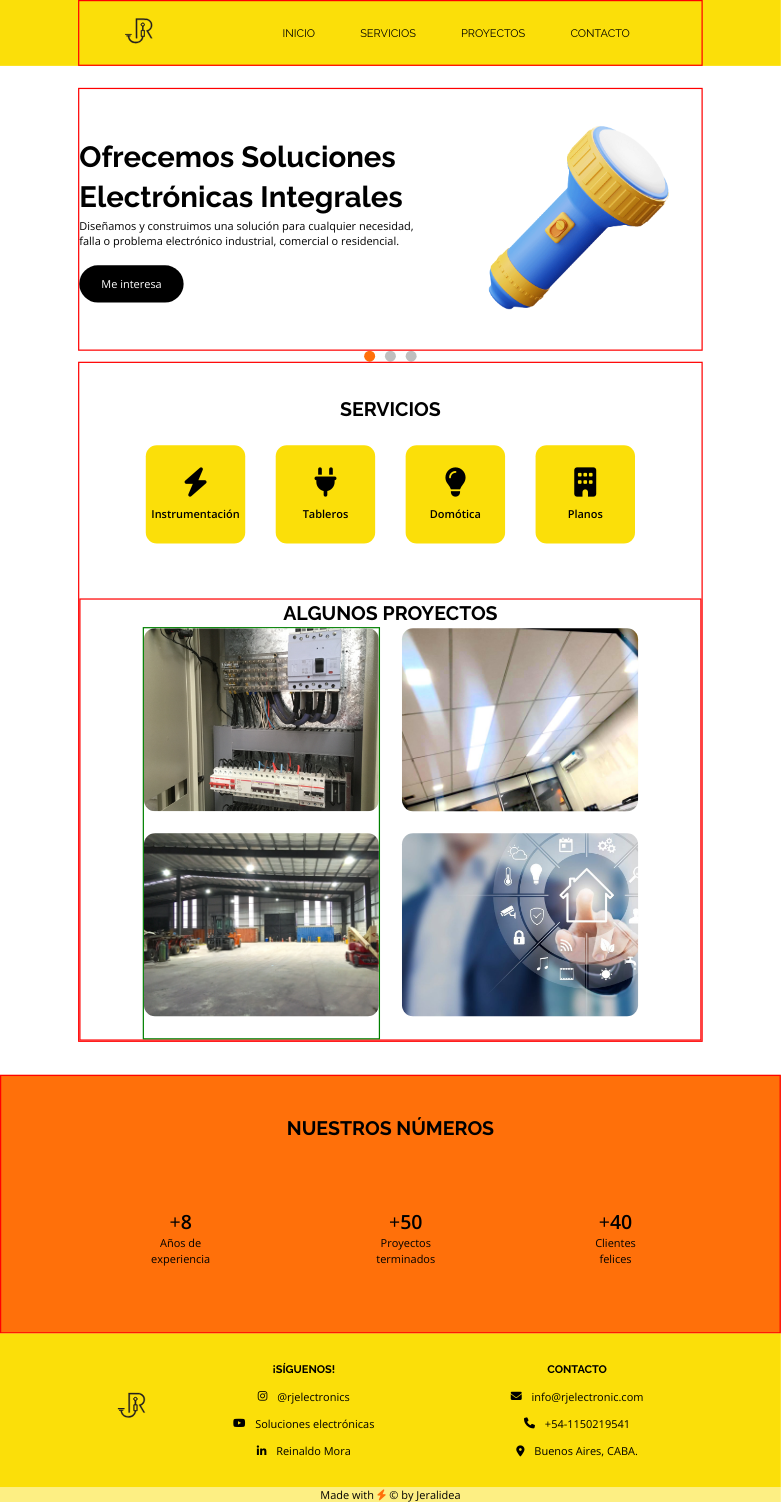
Repository: jeraldinnemg/rjelectronics
Page: index.html
These files come from the project's save history. The page is drawn as it stood at one moment and after the next save; the edit follows.
The browser window is 1280 px wide. The pictures show the whole page, at 61% of full size.
Some web libraries are served in a nearby version.

Above is the page before, as saved 2022-08-04 18:16:08.

### index.html
<!DOCTYPE html>
<html lang="en">
<head>
    <meta charset="UTF-8">
    <meta http-equiv="X-UA-Compatible" content="IE=edge">
    <meta name="viewport" content="width=device-width, initial-scale=1.0">
    <link rel="shortcut icon" href="img/favicon.png" type="image/x-icon">
    <!-- Google fonts -->
    <link rel="preconnect" href="https://fonts.googleapis.com">
    <link rel="preconnect" href="https://fonts.gstatic.com" crossorigin>
<link href="https://fonts.googleapis.com/css2?family=Open+Sans:wght@300;400;500;600&family=Raleway:wght@300;400;500;600;700;800&display=swap" rel="stylesheet">
<link rel="stylesheet" href="https://cdnjs.cloudflare.com/ajax/libs/font-awesome/6.1.1/css/all.min.css" integrity="sha512-KfkfwYDsLkIlwQp6LFnl8zNdLGxu9YAA1QvwINks4PhcElQSvqcyVLLD9aMhXd13uQjoXtEKNosOWaZqXgel0g==" crossorigin="anonymous" referrerpolicy="no-referrer" />
    <!-- Custom system -->
    <link rel="stylesheet" href="index.css">
    <script src="https://kit.fontawesome.com/05b8218d7f.js" crossorigin="anonymous"></script>


    <script src="navigation.js" defer></script>
    <script src="tabs.js" defer></script>
    <script src="counter.js" defer></script>

    <title>RJ Electronics</title>
</head>
<body>

    <!-- <link rel="stylesheet" href="https://maxcdn.bootstrapcdn.com/font-awesome/4.5.0/css/font-awesome.min.css">
    <a href="https://api.whatsapp.com/send?phone=541150219541&text=Hola%20RJelectronics%20tengo%20una%20consulta" class="float" target="_blank">
    <i class="fa fa-whatsapp my-float"></i>
    </a> -->

    <header class="primary-header">
        <div class="container row" style="border: 2px solid red">
            <a href="#">
                <img class="logo" width="50px" height="50px"src="img/logo.svg" alt="logo">
            </a>
            <button class="mobile-nav-toggle" aria-controls="primary-navigation"><span class="sr-only" aria-expanded="false">Menu</span></button>
            <nav>
                <ul class="primary-navigation flex" data-visible="false">
                    <li><a href="#inicio" class="uppercase text-dark ff-serif">Inicio</a></li>
                    <li><a href="#services" class="uppercase text-dark ff-serif">Servicios</a></li>
                    <li><a href="#projects" class="uppercase text-dark ff-serif">Proyectos</a></li>
                    <li><a href="#contact" class="uppercase text-dark ff-serif">Contacto</a></li>
                </ul>
            </nav>
        </div>
    </header>

    <section class="hero" id="inicio" >
        <div class="container row" style="border: 2px solid red">
            <!-- CTA-1 -->
            <article class="a-self" id="lampara-tab" role="tabpanel" tabindex="0">
                <h1 class="ff-serif fs-700">Ofrecemos Soluciones Electrónicas Integrales</h1>
                <p class="ff-sans fs-400">Diseñamos y construimos una solución para cualquier necesidad, falla o problema electrónico industrial, comercial o residencial.</p>
                <a href="https://api.whatsapp.com/send?phone=541150219541&text=Hola%20RJelectronics%20tengo%20una%20consulta" class="button" target="_blank"><span>Me interesa</span></a>
            </article>
            <!-- CTA-2 -->
            <article hidden class="a-self" id="destornillador-tab" role="tabpanel" tabindex="0">
                <h2 class="ff-serif fs-700">Creamos espacios luminosos a tu medida</h2>
                <p class="ff-sans fs-400">Nos encargamos de calcular los lumens necesarios para que obtengas un espacio con luz de calidad.</p>
                <a href="https://api.whatsapp.com/send?phone=541150219541&text=Hola%20RJelectronics%20tengo%20una%20consulta" class="button" target="_blank"><span>Ver más</span></a>
            </article>
            <!-- CTA-3 -->
            <article hidden class="a-self" id="interruptor-tab" role="tabpanel" tabindex="0">
                <h2 class="ff-serif fs-700">Creamos ambientes inteligentes</h2>
                <p class="ff-sans fs-400">Nos encargamos de automatizar espacios y lugares de manera fácil y rápida.</p>
                <a href="https://api.whatsapp.com/send?phone=541150219541&text=Hola%20RJelectronics%20tengo%20una%20consulta" class="button" target="_blank"><span>Me interesa</span></a>
            </article>
            <picture class= "hero__image" id="lampara-image">
                <img src="img/lampara.png" alt="lampara" >
            </picture>
            <picture class= "hero__image" hidden id="destornillador-image">
                <img src="img/destornillador.png" alt="destornillador">
            </picture>
            <picture class= "hero__image" hidden id="interruptor-image">
                <img src="img/interruptor.png" alt="interruptor">
            </picture>
        </div>
        <!-- Dots -->
       <div class="dot-indicators flex" role="tablist" aria-label="services list">
            <button aria-selected="true" aria-controls="lampara-tab" data-image="lampara-image" role="tab" tabindex="0"><span class="sr-only">Lampara</span></button>
            <button aria-selected="false" aria-controls="destornillador-tab" data-image="destornillador-image" role="tab" tabindex="-1"><span class="sr-only">destornillador</span></button>
            <button aria-selected="false" aria-controls="interruptor-tab" data-image="interruptor-image" role="tab" tabindex="-1"><span class="sr-only">Interruptor</span></button>
        </div>
    </section>
    <main class="container" style="border: 2px solid red">
        <section class="services" id="services">
            <h2 class="ff-serif fs-600 uppercase">Servicios</h2>
            <div class="container row">
                <article class="card flex">
                    <i class="fa-solid fa-bolt fs-700"></i>
                    <div class="card-body">
                        <h2 class="card-title fs-400">Instrumentación</h2>
                    </div>
                </article>
                <article class="card flex">
                    <i class="fa-solid fa-plug fs-700 "></i>
                    <div class="card-body">
                        <h2 class="card-title fs-400">Tableros</h2>

                    </div>
                </article>
                <article class="card flex">
                    <i class="fa-solid fa-lightbulb fs-700"></i>
                    <div class="card-body">
                        <h2 class="card-title fs-400">Domótica</h2>

                    </div>
                </article>
                <article class="card flex">
                    <i class="fa-solid fa-building  fs-700"></i>
                    <div class="card-body">
                        <h2 class="card-title fs-400">Planos</h2>

                    </div>
                </article>
        </div>
        </section>
        <section class="projects" id="projects" style="border: 2px solid red">
            <h2 class="ff-serif fs-600 uppercase">Algunos Proyectos</h2>
            <div class="container row">
            <div class="container  projects-container" style="border: 2px solid green">
                <article class="project" style="background-image: url('img/servicio-electricidad.JPG')">
                    <div class="project-overlay">
                    <h2 class="overlay-text fs-500 uppercase" >Tablero eléctrico</h2>
                    </div>
                </article>
                <article class="project" style="background-image: url('img/trabajos-iluminacion-galpon.JPG')">
                    <div class="project-overlay">
                        <h2 class="overlay-text fs-500 uppercase">Iluminación industrial</h2>
                    </div>
                </article>
            </div>
            <div class="container projects-container">
                <article class="project" style="background-image: url('img/iluminacion-oficinas.jpeg') ">
                    <div class="project-overlay">
                        <h2 class="overlay-text fs-500 uppercase">Iluminación de oficina</h2>
                    </div>
                </article>
                <article class="project" style="background-image: url('img/servicios-domotica.jpg') ">
                    <div class="project-overlay">
                        <h2 class="overlay-text fs-500 uppercase">Domótica en casa</h2>
                    </div>
                </article>
            </div>
            </div>
        </div>
        </section>
    </main>

   <section class="statics" style="border: 2px solid red">
        <h2 class="ff-serif fs-600 uppercase">Nuestros números</h2>
        <div class="container row" >
            <div class="container static">
                <span class="character fs-600">+</span><span class="counter character fs-600 fw-600 hide" data-target="8"></span>
                <p class="fs-400">Años de experiencia</p>
            </div>
            <div class="container static">
                <span class="character fs-600">+</span><span class="counter character fs-600 fw-600 hide" data-target="50"></span>
                <p class="fs-400">Proyectos terminados</p>
            </div>
            <div class="static">
                <span class="character fs-600">+</span><span class="counter character fs-600 fw-600 hide" data-target="40"></span>
                <p class="fs-400">Clientes felices</p>
            </div>
    </div>
    </section>

    <footer id="contact">
        <div class="container row">
        <a href="#">
            <img class="logo" width="50px" height="50px"src="img/logo.svg" alt="logo">
        </a>
        <div class="container contact">
            <h3 class="ff-serif fs-400 uppercase">¡Síguenos!</h3>
            <div class="flex a-item j-content"><i class="fa-brands fa-instagram"></i><a href="https://www.instagram.com/" class="text-dark  fs-400 ff-sans fw-200"  target="_blank">@rjelectronics</a></div>
            <div class="flex a-item j-content"><i class="fa-brands fa-youtube"></i><a href="https://www.youtube.com/" class="text-dark fs-400 ff-sans fw-200"  target="_blank">Soluciones electrónicas</a></div>
            <div class="flex a-item j-content"><i class="fa-brands fa-linkedin-in"></i><a href="https://www.linkedin.com/in/ingreinaldomora/" class="text-dark fs-400 ff-sans fw-200" target="_blank" >Reinaldo Mora</a></div>
        </div>
        <div class="container contact">
            <h3 class="ff-serif fs-400 uppercase" >Contacto</h3>
            <div class="flex a-item j-content"><i class="fa-solid fa-envelope"></i><p class="fs-400 ff-sans fw-200">info@rjelectronic.com</p></div>
            <div class="flex a-item j-content"><i class="fa-solid fa-phone"></i><p class="fs-400 ff-sans">+54-1150219541</p></div>
            <div class="flex a-item j-content"><i class="fa-solid fa-location-dot"></i><p class="fs-400 ff-sans">Buenos Aires, CABA.</p></div>
        </div>
    </div>
    </footer>

    <div class="copyright">Made with <i class="fa-solid fa-bolt"></i> © by Jeralidea</div>

</body>
</html>

### index.css
/* ----------------------- */
/* --Custom properties---- */
/* ----------------------- */

:root {
   /*colors*/
   --clr-dark: 0 0% 0%;
   --clr-main: 53 97% 51%;
   --clr-secondary: 25 100% 52%;
   --clr-white: 0 0% 100%;

/*font-sizes*/
--fs-1100: 9.375rem; /*150x*/
--fs-1000: 6.25rem; /*100px*/
--fs-900: 4.5rem; /*72px*/
--fs-800: 3.5rem; /*56px*/
--fs-700: 3rem; /*48px*/
--fs-600: 2rem; /*32px*/
--fs-500: 1.75rem; /*28px*/
--fs-400: 1.125rem; /*18px*/
--fs-300: 1rem; /*16px*/
--fs-200: 0.875rem; /*14px*/

/*font-family*/
--ff-serif: "Raleway", serif;
--ff-sans: "Open sans", sans-serif;


}

.uppercase {
    text-transform: uppercase;
}

/* -------------- */
/* -----RESET---- */
/* -------------- */

*,
*::before,
*::after {
    box-sizing: border-box;
}

/* Reset margins */
h1,
h2,
h3,
h4,
h5,
body,
p,
picture,
figure {
    margin:0;
}

/* Set up the body  */

html{
    height: -webkit-fill-available;
    scroll-behavior: smooth;
}

body {
    font-family: var(--ff-sans);
    font-size: var(--fs-400);
    color:hsl(var(--clr-dark));
    height: 100vh;
    line-height: 1.4;
    min-height: 100vh;

    display: grid;
    grid-template-rows: min-content 1fr;

    overflow-x:hidden;
}

/* Make images easier to work */
img,
picture {
    max-width: 100%;
}

/* Make form elements easier to work*/
input,
select,
button,
textarea {
    font: inherit;
}

/* Remove all animations, transitions and smooth scroll for people that prefer not to see them (Accesibility Recourse piccali.li*/
@media (prefers-reduced-motion: reduce) {
    html:focus-within {
     scroll-behavior: auto;
    }

    *,
    *::before,
    *::after {
      animation-duration: 0.01ms !important;
      animation-iteration-count: 1 !important;
      transition-duration: 0.01ms !important;
      scroll-behavior: auto !important;
    }
  }

/* ------------------ */
/* -UTILITY CLASES-- */
/* ----------------- */

.flex {
    display: flex;
    gap: var(--gap, 1rem);

}

.grid {
    display: grid;
    gap: var(--gap, 1rem);
}

.a-self{
    align-self: center;
}

.a-item{
    align-items: center;
}

.j-content{
    justify-content: center;
}


.container {
    width: 80%;
    max-width: 1200px;
    margin:0 auto;
}

.col {
    width:100%
}

header {
    background-color: var(--clr-dark);
    text-align: center;
}

header >div{
    display: flex;
}

.logo{
    margin: 1.5rem 0;
}

.nav {
    width: 100%;
}

.dot-indicators{
    justify-content: center;
}

.hero{
    margin-top: 2em;
}


.sr-only {
    position: absolute;
    width: 1px;
    height: 1px;
    padding: 0;
    margin: -1px;
    overflow: hidden;
    border: 0;
}

/*Colors */

.bg-dark { background-color: hsl(var(--clr-dark));}
.bg-yellow {background-color: hsl(var(--clr-yellow));}
.bg-white { background-color: hsl(var(--clr-white));}

.text-dark { color: hsl(var(--clr-dark));}
.text-dark { color: hsl(var(--clr-dark));}
.text-dark { color: hsl(var(--clr-dark));}

/*Typography */

.ff-serif {font-family: var(--ff-serif);}
.ff-sans {font-family: var(--ff-sans);}

.letter-spacing-1  {letter-spacing: 4.75px;}
.letter-spacing-2  {letter-spacing: 2.7px;}
.letter-spacing-1  {letter-spacing: 2.35px;}

.fs-900 {font-size: var(--fs-900);}
.fs-800 {font-size: var(--fs-800);}
.fs-700 {font-size: var(--fs-700);}
.fs-600 {font-size: var(--fs-600);}
.fs-500 {font-size: var(--fs-500);}
.fs-400 {font-size: var(--fs-400);}
.fs-300 {font-size: var(--fs-300);}
.fs-200 {font-size: var(--fs-200);}

.fw-400 {font-weight: 400;}
.fw-500 {font-weight: 500;}
.fw-600 {font-weight: 600;}

/* General */

.flex {
    display: flex;
    gap: var(--gap, 1rem);
}

.flex.even-columns > * {
    width: 100%;
}

.grid {
    display: grid;
    gap: var(--gap, 1rem);
}

.d-block {
    display: block;
}



/* ----------------- */
/* ---COMPONENT----- */
/* ----------------- */

/* Primary header */

.logo{
    margin: 1.5rem clamp(1.5rem, 5vw, 4rem);
}

.primary-header{
    align-items:center;
    justify-content: space-between;
    background-color: hsl(var(--clr-main));
}


.primary-navigation{
    --gap: clamp(1.5rem, 5vw, 3.5rem);
    list-style: none;
    text-decoration: none;
    padding: 0;
    margin:0;
}

.primary-navigation a{
    text-decoration: none;
    margin-right: 1em;
}

.mobile-nav-toggle{
    display: none;
}

@media(max-width:35em){
    .primary-navigation{
        --underline-gap: 0.5rem;
        position: fixed;
        inset: 0 0 0 20%;
        z-index:1000;
        padding: min(20rem, 15vh);
        margin:0;
        z-index:1000;
        list-style: none;
        flex-direction: column;
        background-color: hsl(var(--clr-main));
        transform: translateX(100%);
        transition: transform ease-in-out;

    }

    .primary-navigation[data-visible='true']{
        transform: translateX(0);
    }

    .mobile-nav-toggle {
        display: block;
        position: absolute;
        z-index:2000;
        right: 3rem;
        top: 2rem;
        background: transparent;
        background-image: url(img/icon-hamburger.svg);
        background-repeat:no-repeat;
        background-position: center;
        width: 1.5rem;
        aspect-ratio:1;
        border: 0;
        cursor: pointer;
    }

    .mobile-nav-toggle[aria-expanded='true']{
        background-image: url(img/icon-close.svg);
    }

    .mobile-nav-toggle:focus-visible{
        outline:5px solid white;
        outline-offset: 5px;
    }

    .contact >div{
        text-align: center;
    }
}

@media (min-width: 35em){
    .primary-navigation, .contact{
        padding-inline: clamp(3rem, 7vw, 7rem);
    }

}

@media(min-width: 45em){
    .primary-navigation{
        margin-block:2rem;
    }
}


/* ---------- */
/* --BUTTON-- */
/* --------- */

 .button {
    display: inline-flex;
	background: hsl(var(--clr-dark));
    padding: 1em 2em;
    border-radius: 2em;
    color: hsl(var(--clr-white));
	position: relative;
    text-decoration: none;
    transition: 0.3s ease all;
	position:relative;
	overflow:hidden;
    margin-top: 1.5em;
}

.button span {
	position:relative;
	z-index:2;
	transition: 0.3s ease all;
}

.button::after {
	content: "";
	width: 100%;
	height:100%;
	background: hsl(var(--clr-secondary));
	position: absolute;
	z-index: 1;
	top: -80px;
	left: 0;
	transition: 0.3s ease-in-out all;
}

.button:hover::after{
	top:0;
	}

/* ---------- */
/* -- DOTS -- */
/* ---------- */

.dot-indicators > * {
        cursor: pointer;
        border: 0;
        border-radius: 50%;
        padding: .5em;
        background-color: hsl(var(--clr-dark)/ .25) ;
 }

.dot-indicators > *:hover,
.dot-indicators > *:focus {
        background-color: hsl(var(--clr-secondary)/ .5);
    }

.dot-indicators > [aria-selected="true"] {
        background-color: hsl( var(--clr-secondary) / 1);
    }

/* ---------- */
/* Card     */
/* --------- */
.card{
    background-color: hsl( var(--clr-main));
    flex-direction: column;
    align-items: center;
    padding: 2em 4em;
    margin: 2em 0em;
    border-radius: 1em;
}

i:hover{
    color: hsl( var(--clr-secondary));
}

.services, .projects, .statics{
    text-align: center;
    margin-top: 3em;
}

/* -------------------------*/
/* -------PROJECTS -------- */
/* -------------------------*/

.projects-container >article{
    position: relative;
    min-height: 300px;
    background-size: cover;
    background-repeat: no-repeat;
    background-position: center center;
    border-radius: 1em;
    margin-bottom: 2em;
}

.projects .project .project-overlay{
    width: 0%;
	height: 100%;
	position: absolute;
	bottom: 0;
	left: 0;
	right: 0;
	background: hsl( var(--clr-main));
	overflow: hidden;
    border-radius: 1em;
	transition: .5s ease;
}

.projects .project:hover .project-overlay {
    width: 100%;
    opacity: 0.8;
}

.overlay-text {
	top: 50%;
	left: 50%;

	position: absolute;
	white-space: nowrap;
	color: hsl(var(--clr-dark));
	transform: translate(-50%, -50%);
	overflow: hidden;
	border-top: 1px solid #fff;
	border-bottom: 1px solid #fff;
}

/* -------------------------*/
/* -------STATICS --------- */
/* -------------------------*/

.statics {
    background-color: hsl( var(--clr-secondary));

}

.statics >h2{
    margin-top: 2em;
}

.static{
    padding: 2em 4em;
    margin: 4em 2em;
}

.character {
    color: hsl( var(--clr-dark));
}

/* -------------------------*/
/* -------FOOTER ---------- */
/* -------------------------*/

footer{
    background-color: hsl( var(--clr-main));
    color: hsl( var(--clr-dark));
    padding: 2em 0em;
    text-align: center;
    line-height: 2.5em;

    flex-direction: column;
    align-items:center;
    justify-content: space-between;
}

.copyright {
    text-align: center;
    background-color: hsl( var(--clr-main)/0.5);
}

.copyright i {
    color: hsl( var(--clr-secondary));
}

footer a {
    text-decoration: none;
    list-style: none;
}

/* -------------------------*/
/* -------Whataspp--------- */
/* -------------------------*/

.float{
	position:fixed;
	width:60px;
	height:60px;
	bottom:40px;
	right:40px;
	background-color:#25d366;
	color:#FFF;
	border-radius:50px;
	text-align:center;
  font-size:30px;
	box-shadow: 2px 2px 3px #999;
  z-index:100;
}

.float:hover {
	text-decoration: none;
	color: #25d366;
  background-color:#fff;
}

.my-float{
	margin-top:16px;
}

/* -------------------------*/
/* -------COUNTER----------- */
/* -------------------------*/

@keyframes show {
    0% {
        opacity: 0.5;
        transform: translateY(100px);
    }
    100% {
        opacity: 1;
        transform: translateY(0);
    }
}

.hide {
    opacity: 0%;
}

.animate{
    animation: show 1.3s;
}

/* -------------------------*/
/* -------LAYOUT----------- */
/* -------------------------*/

.grid-container {
    display: grid;
    text-align: center;
    place-items:center;
    padding-inline: 1rem;
}

@media (min-width: 35em){

}

@media (min-width: 45em){
    .row {
        display: flex;
        align-items: center;
        justify-content: space-around;
    }

    .grid-container {
        text-align: left;
        column-gap: var(--container-gap, 2rem);
        grid-template-columns: minmax(1rem, 1fr)
        repeat (2, minmax((0, 30rem)) minmax(1rem, 1fr));
    }

    .container {
        flex-direction: row;
        gap: 2em;
    }

    .hero__image{
        max-width: 40%;
    }

    .card {
        max-width: 20%;
    }

    .projects-container article:last-child {
        margin-top: 2em;
     }



    footer{
        flex-direction: row;
        justify-content: space-between;
        align-items: center;
    }

}

### navigation.js
// javascript

const nav = document.querySelector(".primary-navigation");
const navToggle = document.querySelector('.mobile-nav-toggle');


// when someone clicks the hamburguer button

navToggle.addEventListener('click', () => {

// if the nav is closed, open it

    const visibility = nav.getAttribute("data-visible");

    if (visibility === 'false') {
        nav.setAttribute('data-visible', true);
        navToggle.setAttribute('aria-expanded', true);
    } else {
        nav.setAttribute('data-visible', false);
        navToggle.setAttribute('aria-expanded', false);

    }
});

### counter.js
const counters = document.querySelectorAll('.counter')

counters.forEach(counter => {
    counter.innerText='0';

    const updateCounter = () => {

        // Create const
        const target = +counter.getAttribute('data-target')


         const c = +counter.innerText

         const increment = target / 300;

         if (c < target) {
             counter.innerText = `${Math.ceil(c+increment)}`
             setTimeout(updateCounter,100)
         } else {
             counter.innerText = target
         }
         // verify target function console.log(typeof target, target)
         //console.log(increment)
    }

    updateCounter()

    const showCounter= elements =>{
        elements.forEach(e => {
            if(e.isIntersecting){
                e.target.classList.add('animate')
                e.target.classList.remove('hide')
                setTimeout(updateCounter, 500)
            }
        });
    }

    const observer = new IntersectionObserver(showCounter, {
        threshold:.7 // 0-1
    })

    const elementsHTML = document.querySelectorAll('.counter');
    elementsHTML.forEach(elementHTML =>{
        observer.observe(elementHTML)
    })

})

Loaded but not shown: tabs.js (74 lines, source omitted)

After the next save:
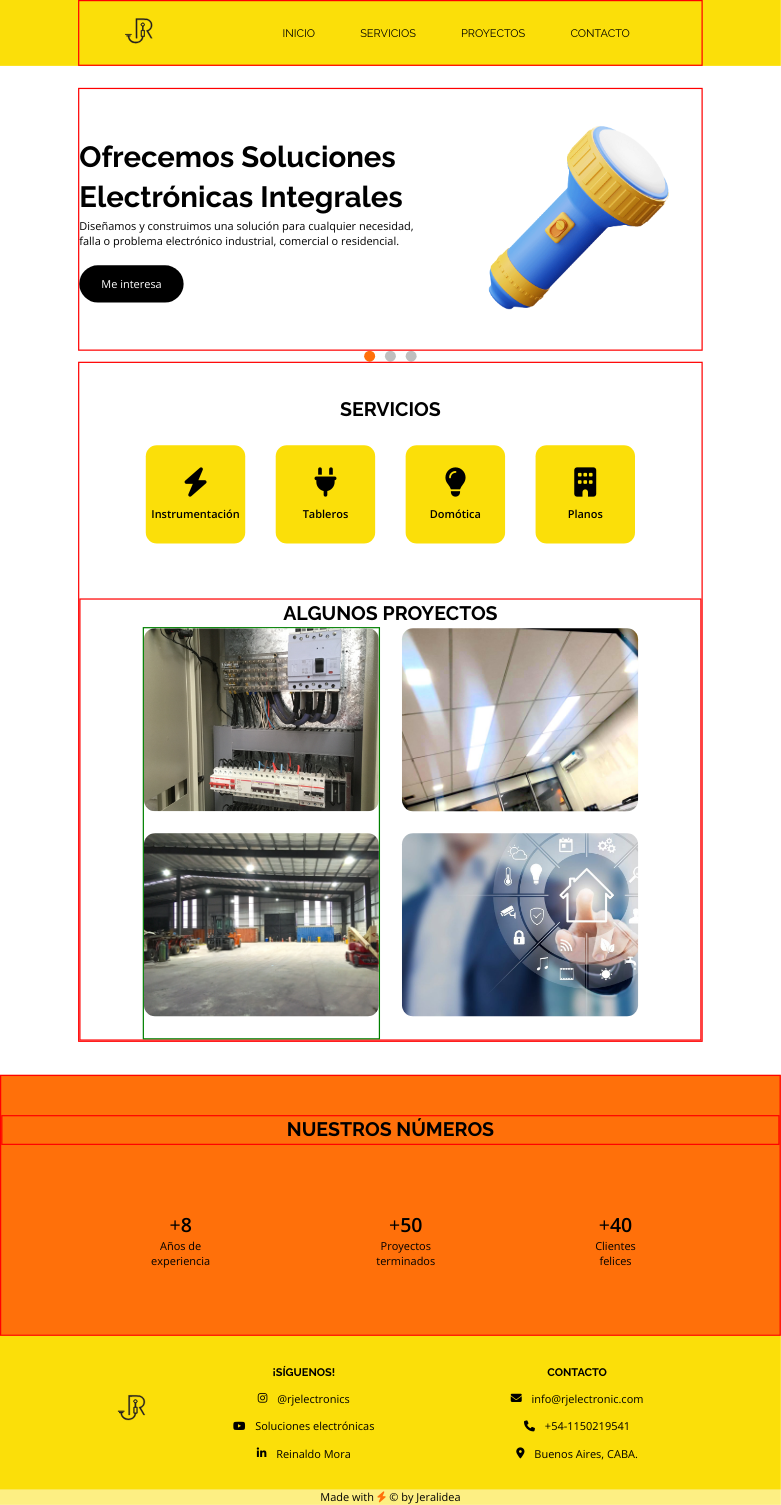
Saved 63 s later.
--- a/index.html
+++ b/index.html
@@ -148,7 +148,7 @@
     </main>
 
    <section class="statics" style="border: 2px solid red">
-        <h2 class="ff-serif fs-600 uppercase">Nuestros números</h2>
+        <h2 class="ff-serif fs-600 uppercase" style="border: 2px solid red">Nuestros números</h2>
         <div class="container row" >
             <div class="container static">
                 <span class="character fs-600">+</span><span class="counter character fs-600 fw-600 hide" data-target="8"></span>
